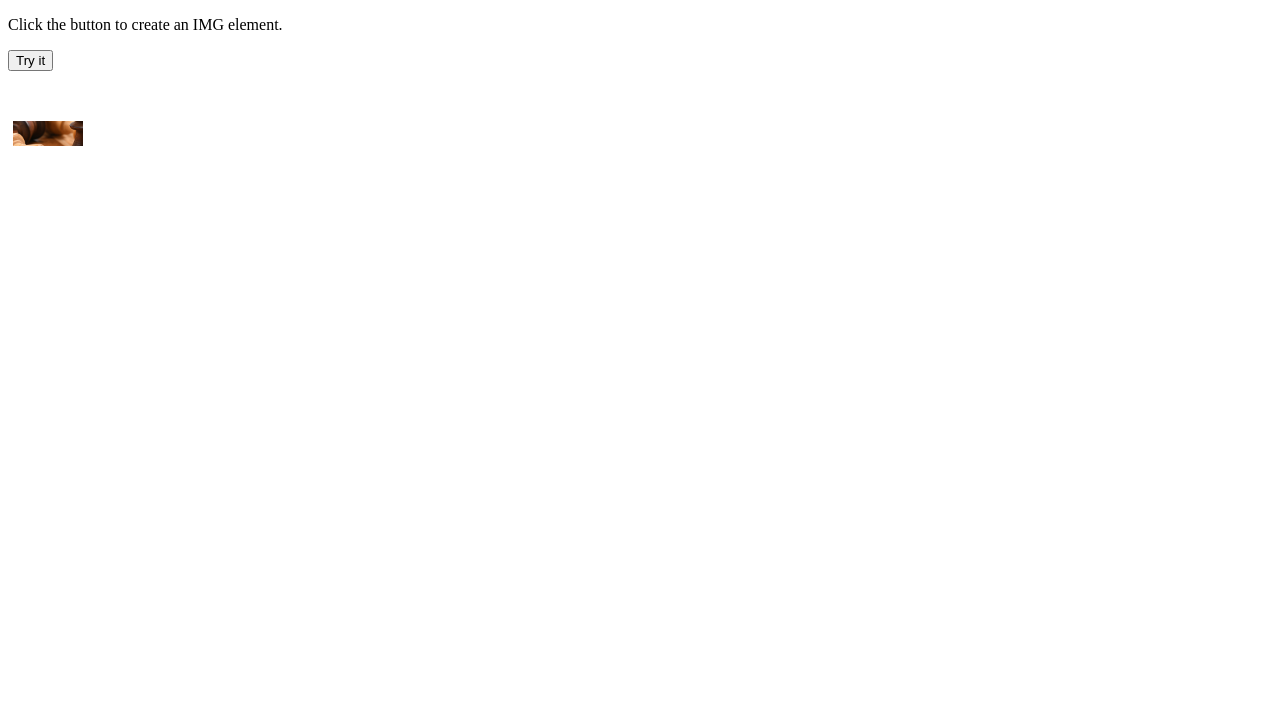
Repository: rashmikagamage/puzzle-vanila-js
Page: index.html
The author's editor kept a copy of each file at every save. The page is drawn from the files as they stood at one save, then again after the next save.
The browser window is 1280 px wide. The pictures show the whole page.
After loading, the first visible `button` was clicked once.

Above is the page before, as saved 2020-08-05 20:16:05.

After the next save:
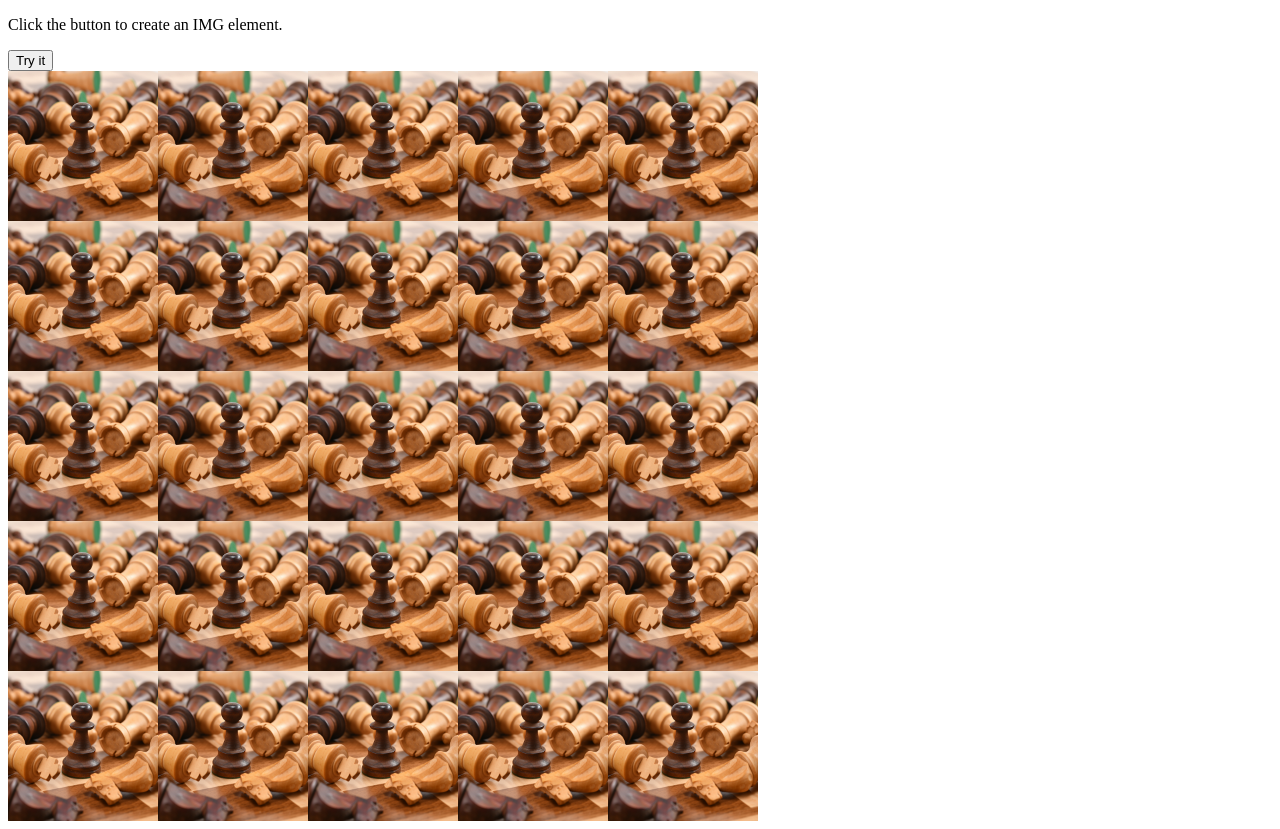
Saved 22 s later.
--- a/function.js
+++ b/function.js
@@ -9,10 +9,10 @@
     for (let i = 0; i < num * num; i++) {
         var x = document.createElement("IMG");
         x.setAttribute("src", "./chess.jpg");
-        x.style.position = "absolute"
+        //x.style.position = "absolute"
         x.style.width = '150px';
         x.style.height = '150px';
-        //x.style.top = '80px';
+        x.style.top = '80px';
         x.style.clip = "rect(50px 75px 75px 5px)"
         x.id = "img" + i;
         document.getElementById("imgContainer").appendChild(x);

After the save that followed:
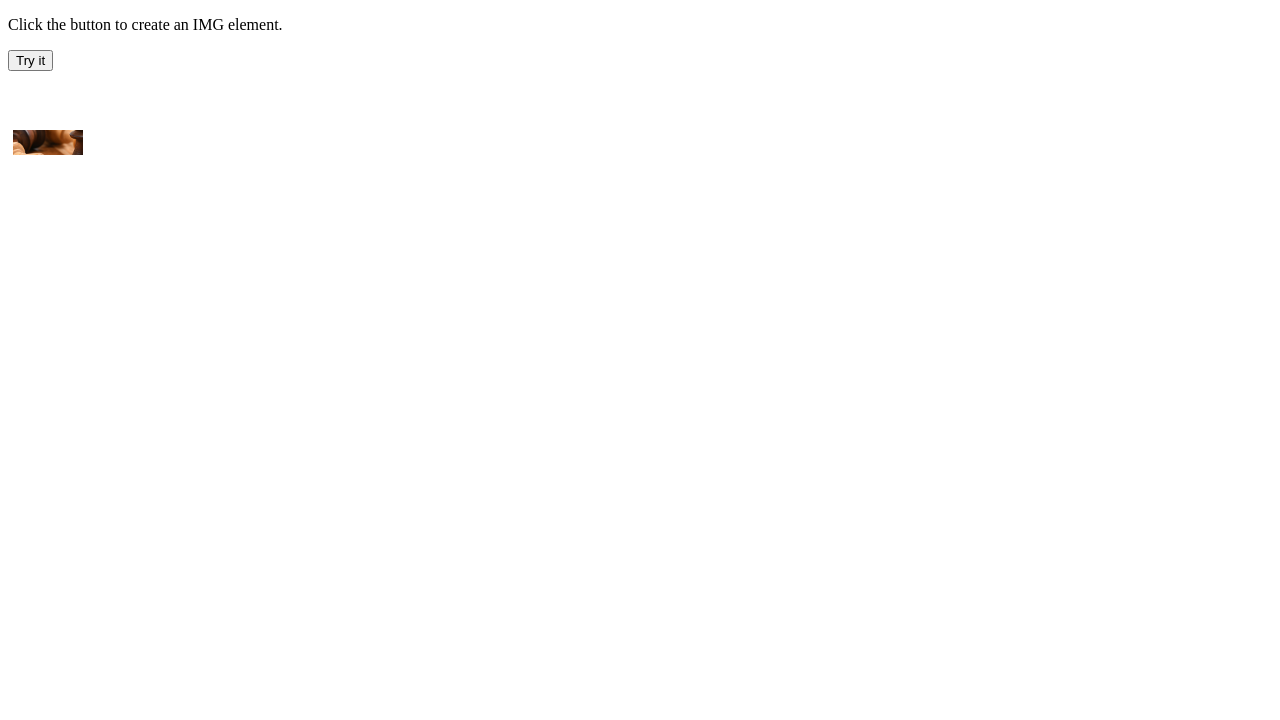
Saved 5 min 3 s later.
--- a/function.js
+++ b/function.js
@@ -9,7 +9,7 @@
     for (let i = 0; i < num * num; i++) {
         var x = document.createElement("IMG");
         x.setAttribute("src", "./chess.jpg");
-        //x.style.position = "absolute"
+        x.style.position = "absolute"
         x.style.width = '150px';
         x.style.height = '150px';
         x.style.top = '80px';
